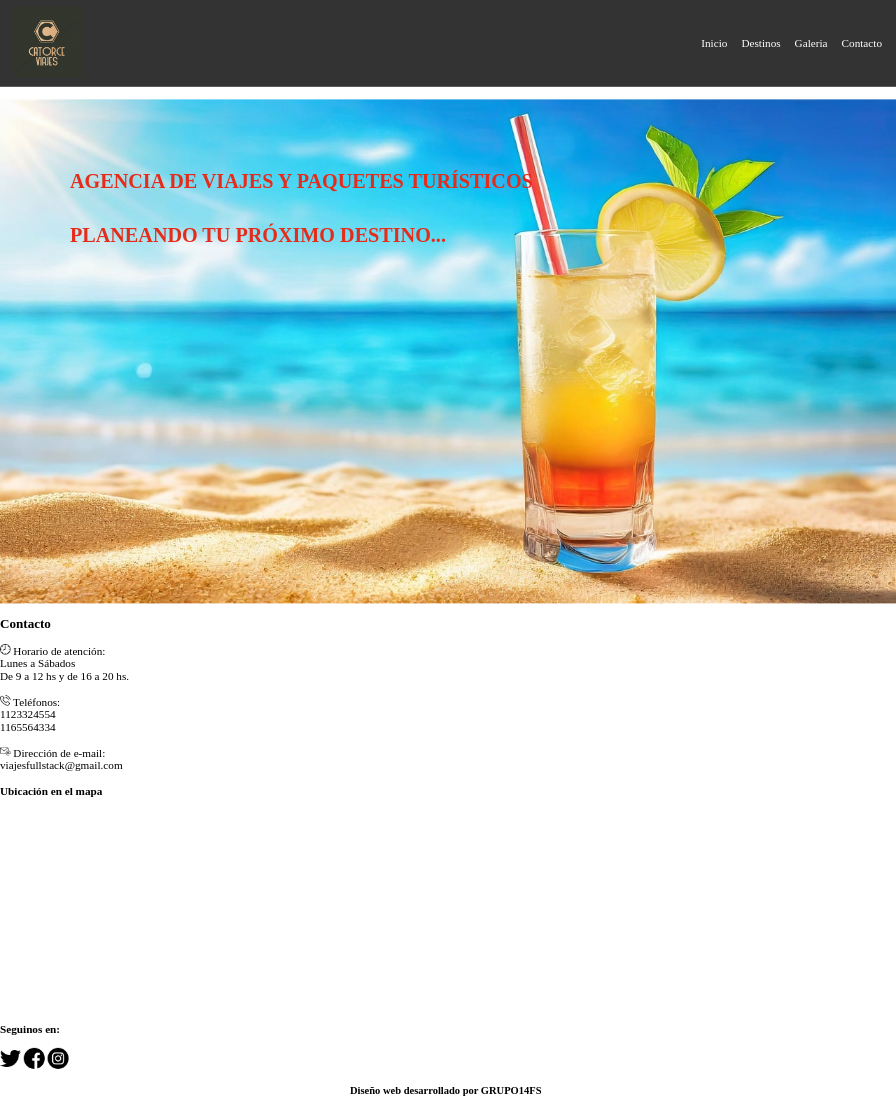
Repository: LorenzaLeonZ/TPO_GRUPO14FS
Page: index.html
The author's editor kept a copy of each file at every save. The page is drawn from the files as they stood at one save, then again after the next save.
The browser window is 1280 px wide. The pictures show the part of the page from y = 0 to 1920 px (the page is 1567 px tall before and 3426 px after), at 70% of full size.
Pictures or frames that could not be fetched are drawn as grey boxes.

Above is the page before, as saved 2024-05-03 23:32:10.

After the next save:
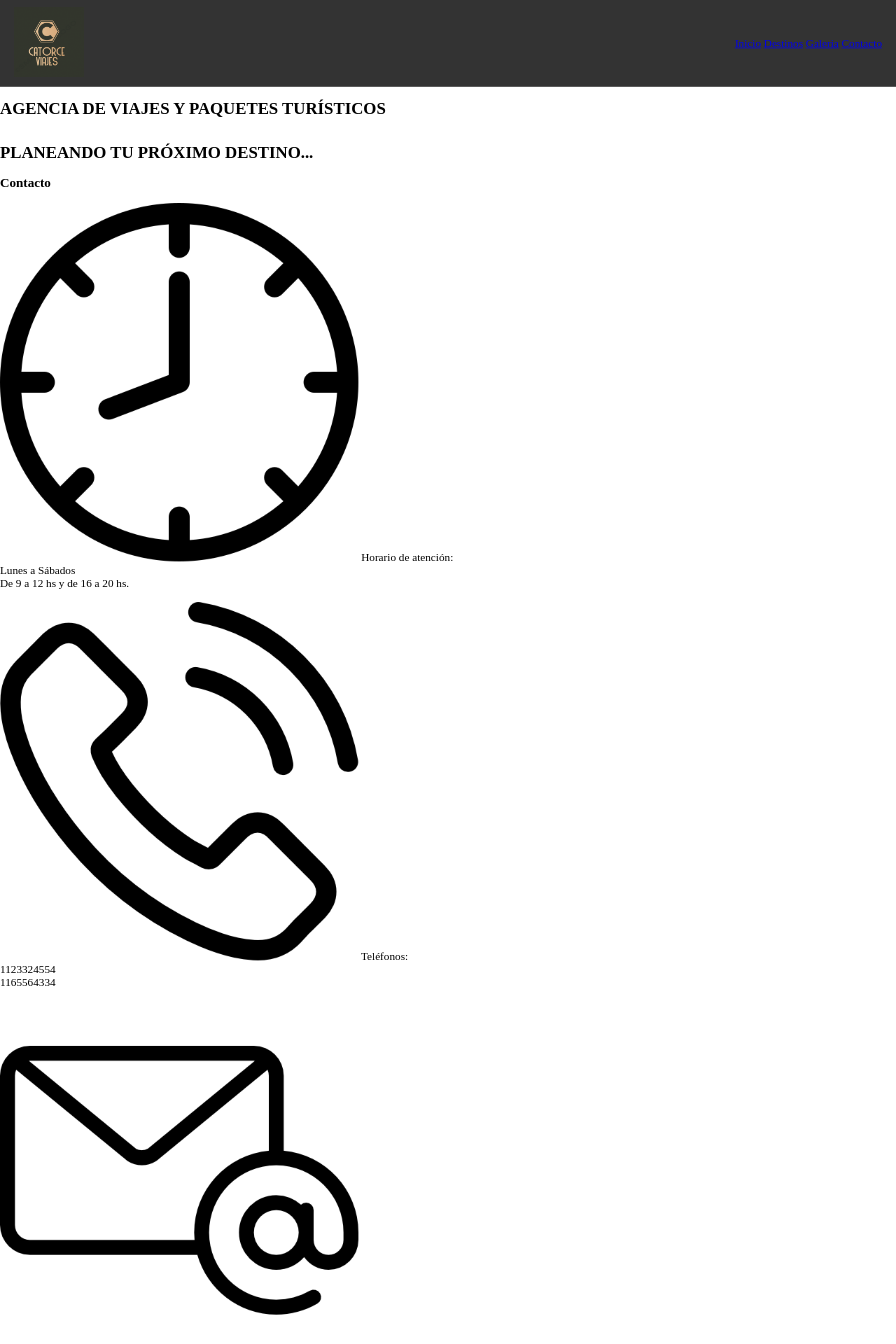
Saved 2 min 24 s later.
--- a/static/css/index.css
+++ b/static/css/index.css
@@ -15,14 +15,12 @@
   align-items: center;
   background-color: #333;
   color: #fff;
-  padding: 10px 20px;
+  padding: 0.625rem 1.25rem;
 }
 
 .logo img {
-  max-width: 100px; /* Ajusta el tamaño del logo según tu necesidad */
-  height: auto; /* Permite que la altura se ajuste automáticamente */
-}
-
+  max-width: 6.25rem;
+  height: auto;
 nav {
   display: flex;
 }
@@ -30,7 +28,7 @@
 nav a {
   text-decoration: none;
   color: #fff;
-  margin-left: 20px; /* Espacio entre los enlaces */
+  margin-left: 1.25rem;
   transition: color 0.3s ease;
 }
 

After the save that followed:
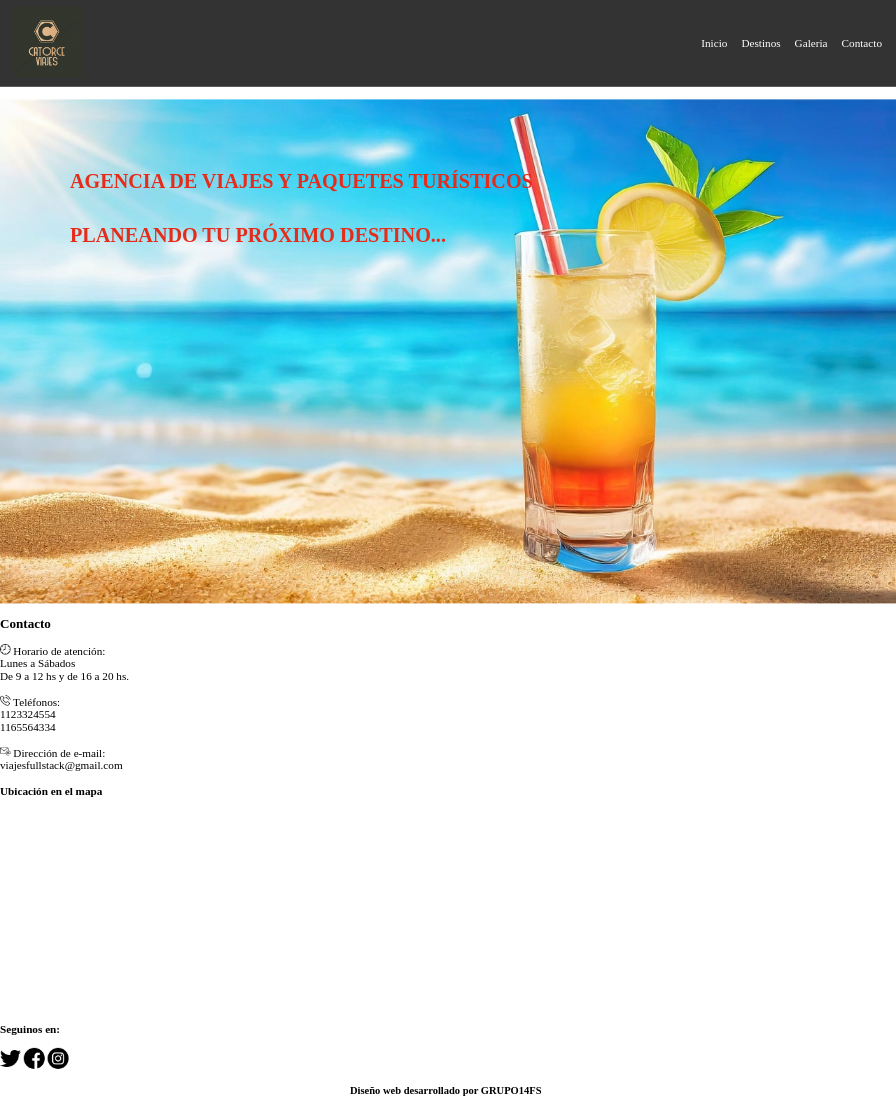
Saved 66 s later.
--- a/static/css/index.css
+++ b/static/css/index.css
@@ -21,6 +21,7 @@
 .logo img {
   max-width: 6.25rem;
   height: auto;
+}
 nav {
   display: flex;
 }
